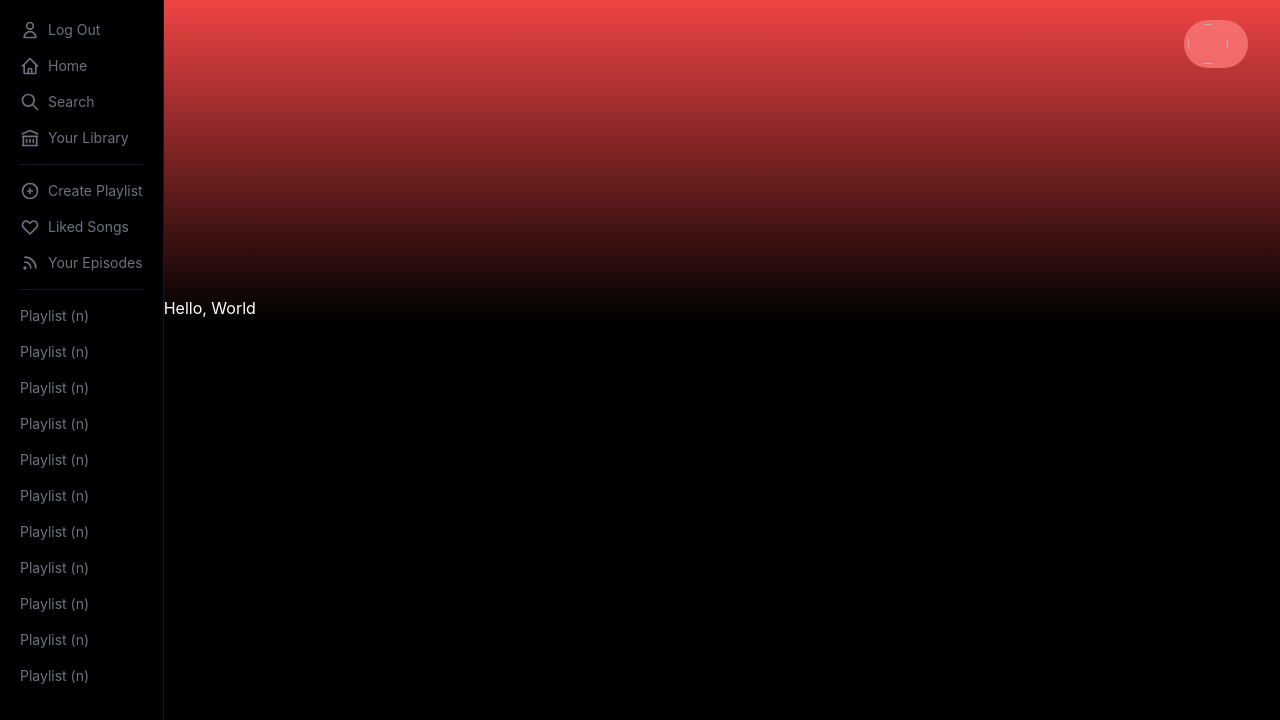
Repository: Delos-343/Spotify-2.0
Page: /
An editor plug-in stored every save of this project. The page is shown before and after the next save, followed by the edit.
The browser window is 1280 px wide. The pictures show the whole page.
The page's requests for data from a server got no answer. The project was rebuilt for these pictures with package versions that can differ from the ones it lists, and the page was loaded fresh each time. The framework's server and built-in components were replaced by stand-ins that run in the browser. No one was signed in, and anything a server would have sent is missing. Also part of the build but not shown: next.config.js.

Above is the page before, as saved 2022-04-11 20:46:49.

### pages/_app.js
import '../styles/globals.css'
import { SessionProvider } from 'next-auth/react'

function MyApp({ Component, pageProps: {session, ...pageProps} }) {
  return (
    <SessionProvider session={session}>
      <Component {...pageProps} />
    </SessionProvider>
  )
}

export default MyApp

### pages/index.js
import Head from 'next/head'
import Center from '../components/Center'
import Sidebar from '../components/Sidebar'

export default function Home() {
  return (
    <div className='bg-black h-screen overflow-hidden'>
      <Head>
        <title>Spotify 2.0 (Clone)</title>
        <meta name="description" content="Generated by create next app" />
        <link rel="icon" href="/favicon.ico" />
      </Head>

      <main className='flex'>
        <Sidebar />
        <Center />
      </main>

      <div> {/*   Player    */} </div>
    </div>
  )
}

### components/Center.jsx
import React from 'react'
import { useSession } from 'next-auth/react'

function Center() {

    const { data: session, status } = useSession()

  return (
    <div className='flex-grow'>
        <header className='absolute top-5 right-8'>
            <div className='flex items-center bg-red-400 space-x-3 opacity-90 hover:opacity-80 cursor-pointer rounded-full p-1 pr-2'>
                <img className='rounded-full w-10 h-10' src={session?.user.image} alt='' />
                <h2>{session?.user.name}</h2>
            </div>
        </header>
        <section className='flex items-end space-x-7 bg-gradient-to-b to-black from-red-500 h-80 text-white padding-8 w-full'>
            {/* <img src='' alt='' /> */}
            <h1> Hello, World </h1>
        </section>
    </div>
  )
}

export default Center

### components/Sidebar.jsx
import React from 'react'
import { UserIcon, HomeIcon, SearchIcon, LibraryIcon, PlusCircleIcon, HeartIcon, RssIcon } from '@heroicons/react/outline'
import { signOut, useSession } from 'next-auth/react'

function Sidebar() {

    const { data: session, status } = useSession()

    console.log(session)

  return (
    <div className='text-gray-500 p-5 text-sm border-r border-gray-900 overflow-y-scroll scrollbar-hide h-screen'>
        <div className='space-y-4'>
        <button className='flex items-center space-x-2 hover:text-white' onClick={ () => signOut() }>
                <UserIcon className='h-5 w-5' />
                <p> Log Out </p>
            </button>
            <button className='flex items-center space-x-2 hover:text-white'>
                <HomeIcon className='h-5 w-5' />
                <p> Home </p>
            </button>
            <button className='flex items-center space-x-2 hover:text-white'>
                <SearchIcon className='h-5 w-5' />
                <p> Search </p>
            </button>
            <button className='flex items-center space-x-2 hover:text-white'>
                <LibraryIcon className='h-5 w-5' />
                <p> Your Library </p>
            </button>

            <hr className='border-t-[0.1px] border-gray-900' />

            <button className='flex items-center space-x-2 hover:text-white'>
                <PlusCircleIcon className='h-5 w-5' />
                <p> Create Playlist </p>
            </button>
            <button className='flex items-center space-x-2 hover:text-white'>
                <HeartIcon className='h-5 w-5' />
                <p> Liked Songs </p>
            </button>
            <button className='flex items-center space-x-2 hover:text-white'>
                <RssIcon className='h-5 w-5' />
                <p> Your Episodes </p>
            </button>

            <hr className='border-t-[0.1px] border-gray-900' />

            {/*     Playlist     */}
            <p className='cursor-pointer hover:text-white'> Playlist (n) </p>
            <p className='cursor-pointer hover:text-white'> Playlist (n) </p>
            <p className='cursor-pointer hover:text-white'> Playlist (n) </p>
            <p className='cursor-pointer hover:text-white'> Playlist (n) </p>
            <p className='cursor-pointer hover:text-white'> Playlist (n) </p>
            <p className='cursor-pointer hover:text-white'> Playlist (n) </p>
            <p className='cursor-pointer hover:text-white'> Playlist (n) </p>
            <p className='cursor-pointer hover:text-white'> Playlist (n) </p>
            <p className='cursor-pointer hover:text-white'> Playlist (n) </p>
            <p className='cursor-pointer hover:text-white'> Playlist (n) </p>
            <p className='cursor-pointer hover:text-white'> Playlist (n) </p>

        </div>
    </div>
  )
}

export default Sidebar

### tailwind.config.js
module.exports = {
  content: [
    "./pages/**/*.{js,ts,jsx,tsx}",
    "./components/**/*.{js,ts,jsx,tsx}",
  ],
  theme: {
    extend: {},
  },
  plugins: [
    require('tailwind-scrollbar-hide')
  ],
}

Loaded but not shown: styles/globals.css (common file)

After the next save:
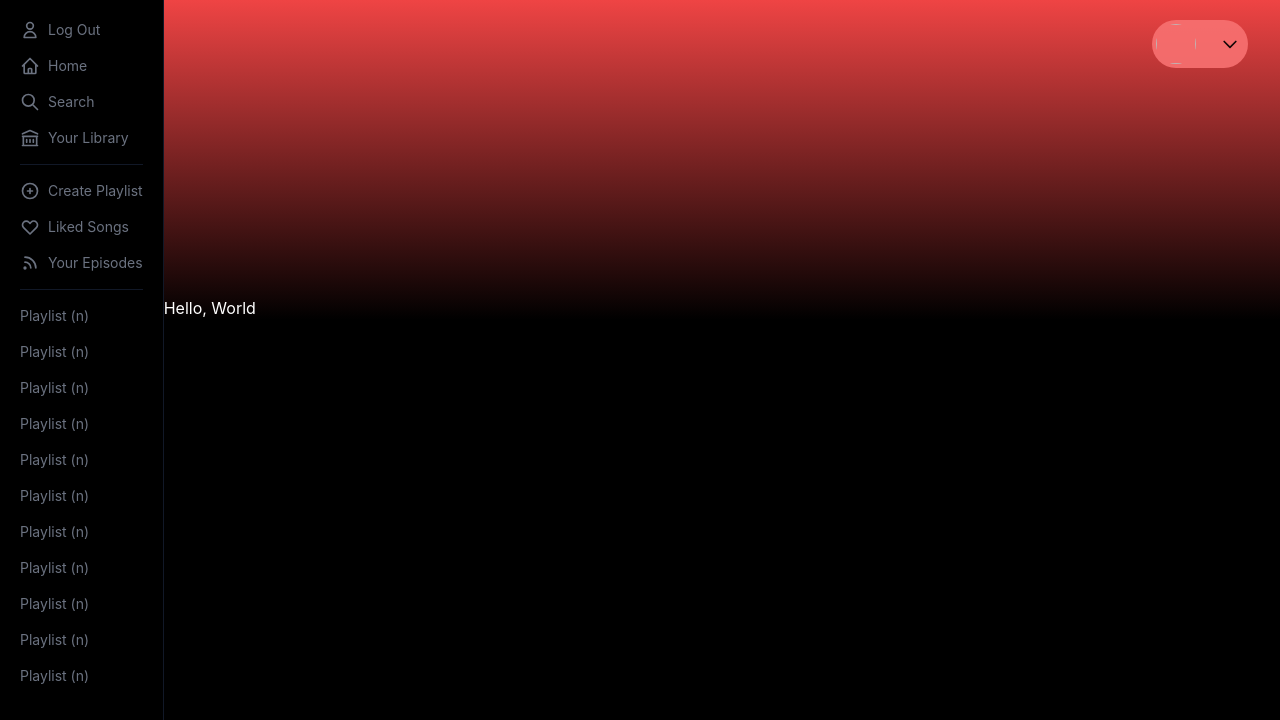
Saved 78 s later.
--- a/components/Center.jsx
+++ b/components/Center.jsx
@@ -1,5 +1,6 @@
 import React from 'react'
 import { useSession } from 'next-auth/react'
+import { ChevronDownIcon } from '@heroicons/react/outline'
 
 function Center() {
 
@@ -11,6 +12,7 @@ function Center() {
             <div className='flex items-center bg-red-400 space-x-3 opacity-90 hover:opacity-80 cursor-pointer rounded-full p-1 pr-2'>
                 <img className='rounded-full w-10 h-10' src={session?.user.image} alt='' />
                 <h2>{session?.user.name}</h2>
+                <ChevronDownIcon className='h-5 w-5' />
             </div>
         </header>
         <section className='flex items-end space-x-7 bg-gradient-to-b to-black from-red-500 h-80 text-white padding-8 w-full'>
